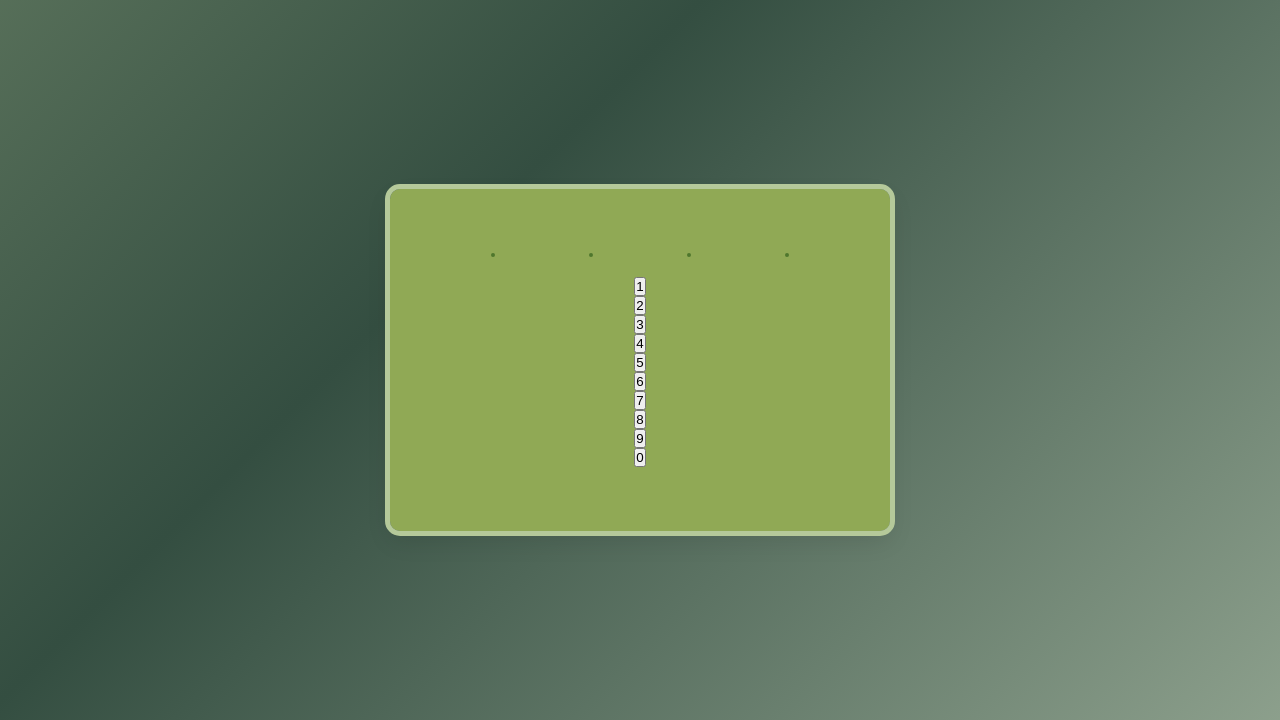
Repository: jahatesu/project-cutie
Page: index.html
The author's editor kept a copy of each file at every save. The page is drawn from the files as they stood at one save, then again after the next save.
The browser window is 1280 px wide. The pictures show the whole page.
Some web libraries are served in a nearby version.

Above is the page before, as saved 2025-08-14 20:22:12.
Console error: TypeError: Cannot read properties of null (reading 'getBoundingClientRect')

After the next save:
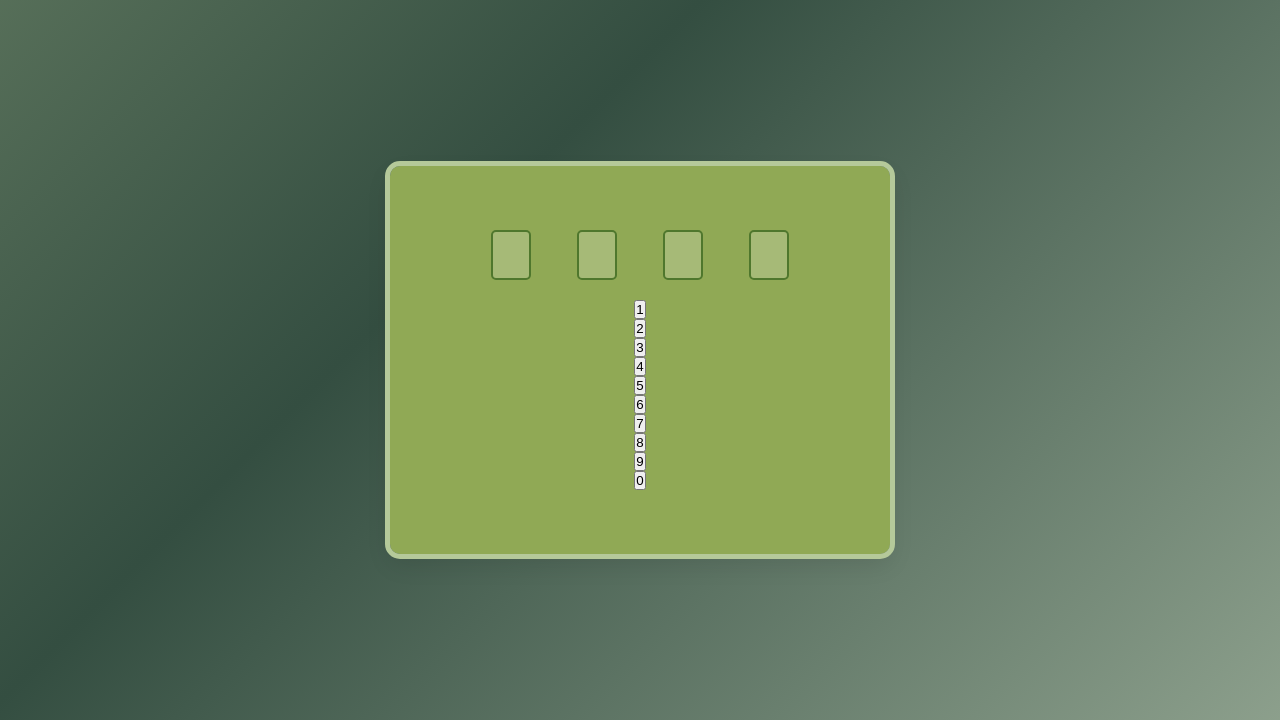
Saved 12 s later.
--- a/style.css
+++ b/style.css
@@ -65,8 +65,8 @@ body {
 }
 
 .pin-box{
-  width: clamp(40px);
-  height: clamp(9vw);
+  width: clamp(30px, 8vw, 40px);
+  height: clamp(30px, 9vw, 50px);
   border: 2px solid #4f772d;
   border-radius: 5px;
   background: rgba(255,255,255,0.2);
